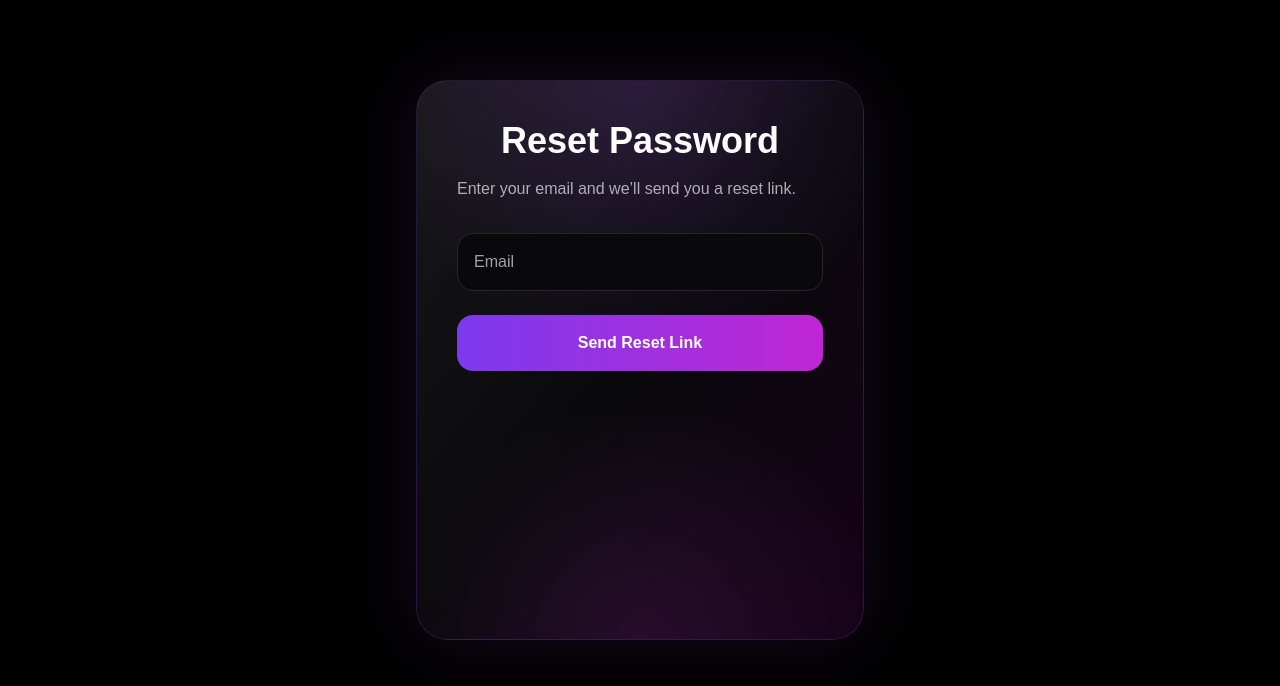
Repository: Maykal-Projects/Otakuflow
Page: /forgot-password
An editor plug-in stored every save of this project. The page is shown before and after the next save, followed by the edit.
The browser window is 1280 px wide. The pictures show the whole page.
The project was rebuilt for these pictures with package versions that can differ from the ones it lists, and the page was loaded fresh each time. The framework's server and built-in components were replaced by stand-ins that run in the browser. Also part of the build but not shown: next.config.ts.

Above is the page before, as saved 2026-05-30 15:18:07.

After the next save:
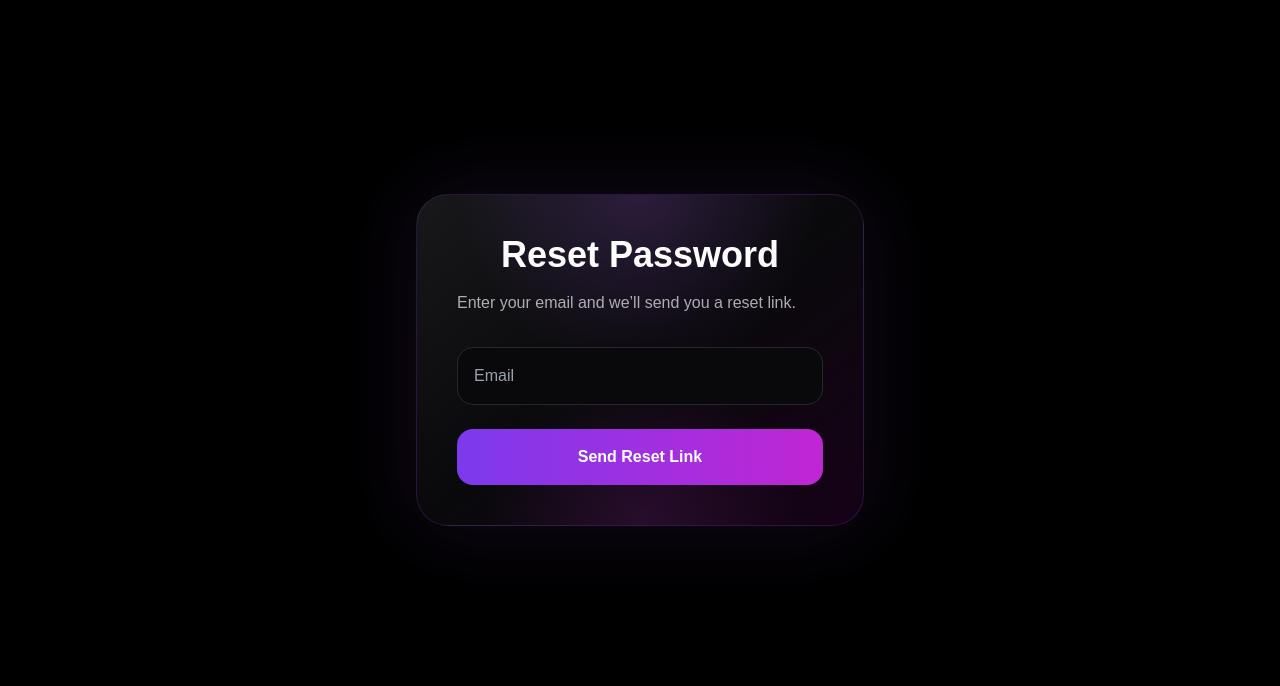
Saved 5 min 29 s later.
--- a/app/forgot-password/page.tsx
+++ b/app/forgot-password/page.tsx
@@ -38,60 +38,56 @@ useEffect(() => {
 
 }, [cooldown]);
 
-async function handleReset(): Promise<void> {
+  async function handleReset() {
 
-  if (loading || cooldown > 0) return;
+    setLoading(true);
 
-  setLoading(true);
-
-  const { error } =
-    await supabase.auth.resetPasswordForEmail(
-      email,
-      {
-        redirectTo:
-          "http://localhost:3000/reset-password",
-      }
-    );
-
-  if (error) {
-
-    console.error(error);
-
-    const match =
-      error.message.match(/\d+/);
-
-    if (match) {
-
-      setCooldown(
-        Number(match[0])
+    const { error } =
+      await supabase.auth.resetPasswordForEmail(
+        email,
+        {
+          redirectTo:
+            "http://localhost:3000/reset-password",
+        }
       );
 
-    }
+if (error) {
+
+ if (
+  error.message.includes(
+    "security purposes"
+  )
+) {
+
+  setCooldown(21);
+
+  setLoading(false);
+
+  return;
+}
+
+  console.error(error);
+
+  return;
+}
+
+setSent(true);
+
+setResent(true);
+
+setCooldown(21);
+
+setTimeout(() => {
+  setResent(false);
+}, 3000);
 
     setLoading(false);
-
-    return;
   }
 
-  setSent(true);
-
-  setResent(true);
-
-  setCooldown(30);
-
-  setTimeout(() => {
-
-    setResent(false);
-
-  }, 3000);
-
-  setLoading(false);
-}
-
-return (
+  return (
     <main className="min-h-screen bg-black text-white flex items-center justify-center px-6">
 
-      <div className="relative overflow-hidden w-full max-w-md min-h-[560px] rounded-[32px] border border-violet-500/20 bg-gradient-to-br from-zinc-900 via-zinc-950 to-fuchsia-950/30 p-10 shadow-[0_0_80px_rgba(168,85,247,0.12)]">
+      <div className="relative overflow-hidden w-full max-w-md rounded-[32px] border border-violet-500/20 bg-gradient-to-br from-zinc-900 via-zinc-950 to-fuchsia-950/30 p-10 shadow-[0_0_80px_rgba(168,85,247,0.12)]">
 
 <div className="absolute inset-0 bg-[radial-gradient(circle_at_top,rgba(168,85,247,0.18),transparent_45%),radial-gradient(circle_at_bottom,rgba(217,70,239,0.12),transparent_40%)] pointer-events-none" />
 
@@ -133,10 +129,10 @@ return (
       disabled={loading || cooldown > 0}
       className="w-full py-4 rounded-2xl bg-gradient-to-r from-zinc-800 to-zinc-900 hover:from-violet-600/20 hover:to-fuchsia-600/20 border border-white/10 active:scale-[0.98] transition font-semibold"
     >
-     {cooldown > 0
-  ? `Resend in ${cooldown}s`
-  : loading
+      {loading
   ? "Sending..."
+  : cooldown > 0
+  ? `Wait ${cooldown}s`
   : "Resend Email"}
     </button>
 
@@ -171,7 +167,9 @@ return (
 
   <div className="mt-4 rounded-2xl border border-green-500/20 bg-green-500/10 px-4 py-3 text-sm font-medium text-green-400 shadow-[0_0_25px_rgba(34,197,94,0.18)] backdrop-blur-xl animate-in fade-in slide-in-from-top-1 duration-300">
 
-    Reset email sent successfully.
+    {cooldown > 0
+      ? `Another reset email was already sent. Try again in ${cooldown}s.`
+      : "Reset email sent successfully."}
 
   </div>
 
